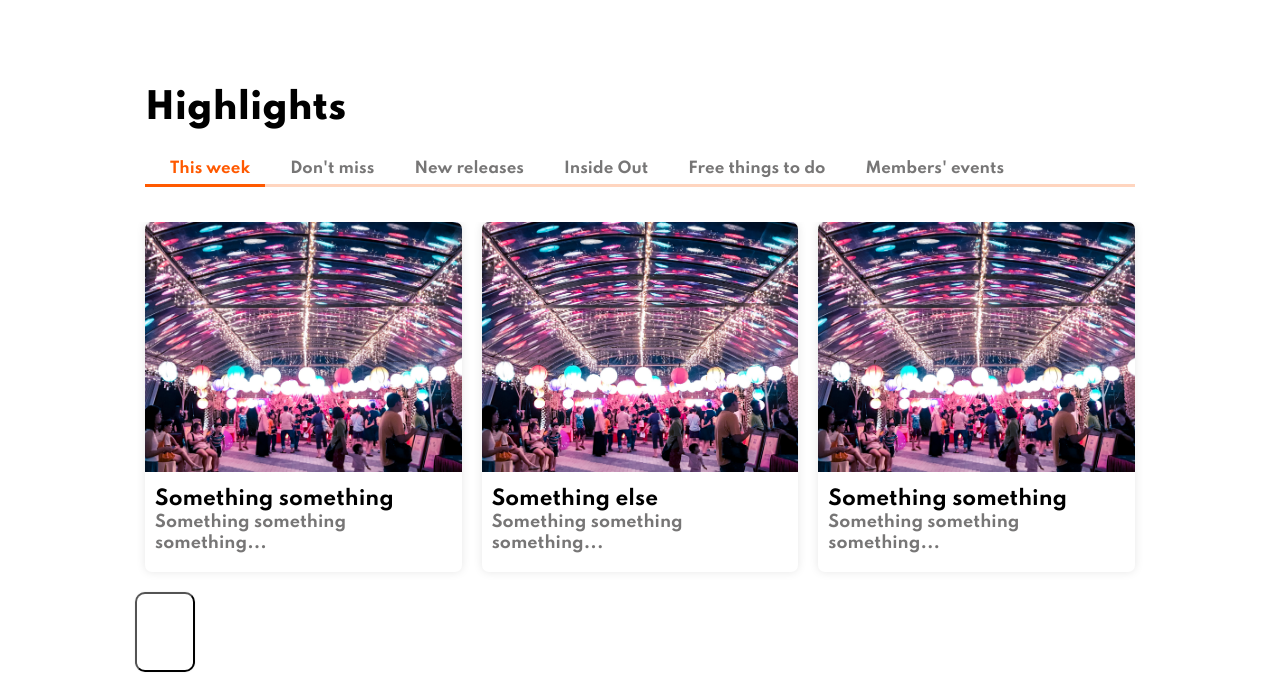
Repository: vvogt/fameworks_vv
Page: /
An editor plug-in stored every save of this project. The page is shown before and after the next save, followed by the edit.
The browser window is 1280 px wide. The pictures show the part of the page from y = 607 to 1299 px (the page is 2172 px tall).
Pictures or frames that could not be fetched are drawn as grey boxes. Backgrounds fixed to the window are drawn as part of the page. The project was rebuilt for these pictures with package versions that can differ from the ones it lists, and the page was loaded fresh each time. Also part of the build but not shown: src/components/NotFound.js. Imported but missing from the stored project, and not drawn on this page: src/assets/videos/seald_fullhd.mp4.

Above is the page before, as saved 2020-04-27 16:54:30.

### public/index.html
<!DOCTYPE html>
<html lang="en">
  <head>
    <meta charset="utf-8" />
    <link rel="icon" href="%PUBLIC_URL%/favicon.ico" />
    <link href="https://fonts.googleapis.com/css2?family=Spartan:wght@200;300;400;500;531;600;700;800;900&display=swap"
      rel="stylesheet">
    <meta name="viewport" content="width=device-width, initial-scale=1" />
    <meta name="theme-color" content="#000000" />
    <meta
      name="description"
      content="Web site created using create-react-app"
    />
    <!--
      manifest.json provides metadata used when your web app is installed on a
      user's mobile device or desktop. See https://developers.google.com/web/fundamentals/web-app-manifest/
    -->
    <link rel="manifest" href="%PUBLIC_URL%/manifest.json" />
    <!--
      Notice the use of %PUBLIC_URL% in the tags above.
      It will be replaced with the URL of the `public` folder during the build.
      Only files inside the `public` folder can be referenced from the HTML.

      Unlike "/favicon.ico" or "favicon.ico", "%PUBLIC_URL%/favicon.ico" will
      work correctly both with client-side routing and a non-root public URL.
      Learn how to configure a non-root public URL by running `npm run build`.
    -->
  </head>
  <body>
    <noscript>You need to enable JavaScript to run this app.</noscript>
    <div id="root"></div>
    <!--
      This HTML file is a template.
      If you open it directly in the browser, you will see an empty page.

      You can add webfonts, meta tags, or analytics to this file.
      The build step will place the bundled scripts into the <body> tag.

      To begin the development, run `npm start` or `yarn start`.
      To create a production bundle, use `npm run build` or `yarn build`.
    -->
  </body>
</html>

### src/scss/global.scss
// # SETTINGS
@import 'settings.variables';

// # TOOLS
@import 'tools.mixins';
@import 'tools.units';

// # BASE
@import 'base.normalize';
@import 'base.reset';
@import 'base.body';

//COMPONENTS

@import 'components.header';
@import 'components.hero';
@import 'components.section';
@import 'components.parallaxSection';

### src/scss/_settings.variables.scss
/* ------------------------------------------
   settings.VARIABLES
------------------------------------------ */

// Fonts
$font: 'Spartan', sans-serif;

$font_btn: rem-calc(15);

// Colors
$black: #000000;
$gray-dark: #777676;
$white: #ffffff;
$orange: #ff5900;
$orange-drkr: #e65000;

// Layout
$gutter: 20px;

// Animations
$transition-in: 0.1s;
$transition-out: 0.3s;

// Box Shadow
$shadow_light: 1px 2px 2px rgba($black, 0.1);
$shadow_dark: 1px 2px 2px rgba($black, 0.2);

// Padding
$padding_lr_1: 240px;
$padding_lr_2: 140px;
$padding_lr_3: 80px;
$padding_lr_4: 20px;

### src/scss/_tools.mixins.scss
/* ------------------------------------------
   tools.MIXINS
------------------------------------------ */

@mixin clearfix() {
  &:before, &:after {
    content: " ";
    display: table;
  }
  &:after {
    clear: both;
  }
}

@mixin un-clearfix() {
  &:before, &:after {
    content: none;
    display: auto;
  }
  &:after {
    clear: none;
  }
}

// Image Replacement

@mixin ir() {
  border: 0;
  font: 0/0 a;
  text-shadow: none;
  color: transparent;
  // background: url(test.png);
  // width: 300px;
  // height: 75px;
}

// Hide only visually, but have it available for screen readers:
// http://snook.ca/archives/html_and_css/hiding-content-for-accessibility

@mixin visuallyhidden() {
    border: 0;
    clip: rect(0 0 0 0);
    height: 1px;
    margin: -1px;
    overflow: hidden;
    padding: 0;
    position: absolute;
    width: 1px;
}


//  ## Media query and orietation mixins
//  ==================================================
//  http://alwaystwisted.com/post.php?s=2013-04-01-my-media-query-mixin


@mixin mq($point, $query1: min, $query2: width) {
  @media screen and (#{$query1}-#{$query2}: strip-unit($point) / 16 +em) {
    @content;
  }
}

@mixin orient($orientation: landscape) {
  @media (orientation : $orientation) {
    @content;
  }
}

@mixin setLRPadding($padding-lr4: 20px, $padding-lr3: 80px, $padding-lr2: 140px, $padding-lr1: 240px) {
  padding-left: $padding-lr4;
  padding-right: $padding-lr4;

   @include mq(600) {
      padding-left: $padding-lr3;
      padding-right: $padding-lr3;
   }

   @include mq(1150) {
      padding-left: $padding-lr2;
      padding-right: $padding-lr2;
   }

   @include mq(1400) {
      padding-left: $padding-lr1;
      padding-right: $padding-lr1;
   }
}

@mixin setLRPadding-preview($padding-lr4: 15px, $padding-lr3: 75px, $padding-lr2: 135px, $padding-lr1: 235px) {
  padding-left: $padding-lr4;
  padding-right: $padding-lr4;

   @include mq(600) {
      padding-left: $padding-lr3;
      padding-right: $padding-lr3;
   }

   @include mq(1150) {
      padding-left: $padding-lr2;
      padding-right: $padding-lr2;
   }

   @include mq(1400) {
      padding-left: $padding-lr1;
      padding-right: $padding-lr1;
   }
}

### src/scss/_tools.units.scss
// Foundation for Sites by ZURB
// foundation.zurb.com
// Licensed under MIT Open Source

////
/// @group functions
////

$global-font-size: 100% !default;

// scss-lint:disable ZeroUnit

/// Removes the unit (e.g. px, em, rem) from a value, returning the number only.
///
/// @param {Number} $num - Number to strip unit from.
///
/// @returns {Number} The same number, sans unit.
@function strip-unit($num) {
  @return $num / ($num * 0 + 1);
}

/// Converts one or more pixel values into matching rem values.
///
/// @param {Number|List} $values - One or more values to convert. Be sure to separate them with spaces and not commas. If you need to convert a comma-separated list, wrap the list in parentheses.
/// @param {Number} $base [null] - The base value to use when calculating the `rem`. If you're using Foundation out of the box, this is 16px. If this parameter is `null`, the function will reference the `$base-font-size` variable as the base.
///
/// @returns {List} A list of converted values.
@function rem-calc($values, $base: null) {
  $rem-values: ();
  $count: length($values);

  // If no base is defined, defer to the global font size
  @if $base == null {
    $base: $global-font-size;
  }

  // If the base font size is a %, then multiply it by 16px
  // This is because 100% font size = 16px in most all browsers
  @if unit($base) == '%' {
    $base: ($base / 100%) * 16px;
  }

  @if $count == 1 {
    @return -zf-to-rem($values, $base);
  }

  @for $i from 1 through $count {
    $rem-values: append($rem-values, -zf-to-rem(nth($values, $i), $base));
  }

  @return $rem-values;
}

// Converts a unitless, pixel, or rem value to em, for use in breakpoints.
@function -zf-bp-to-em($value) {
  // Pixel and unitless values are converted to rems
  @if unit($value) == 'px' or unitless($value) {
    $value: rem-calc($value, $base: 16px);
  }

  // Then the value is converted to ems
  @return strip-unit($value) * 1em;
}

/// Converts a pixel value to matching rem value. *Any* value passed, regardless of unit, is assumed to be a pixel value. By default, the base pixel value used to calculate the rem value is taken from the `$global-font-size` variable.
/// @access private
///
/// @param {Number} $value - Pixel value to convert.
/// @param {Number} $base [null] - Base for pixel conversion.
///
/// @returns {Number} A number in rems, calculated based on the given value and the base pixel value. rem values are passed through as is.
@function -zf-to-rem($value, $base: null) {
  // Check if the value is a number
  @if type-of($value) != 'number' {
    @warn inspect($value) + ' was passed to rem-calc(), which is not a number.';
    @return $value;
  }

  // Calculate rem if units for $value is not rem
  @if unit($value) != 'rem' {
    $value: strip-unit($value) / strip-unit($base) * 1rem;
  }

  // Turn 0rem into 0
  @if $value == 0rem {
    $value: 0;
  }

  @return $value;
}

### src/scss/_base.reset.scss
/* ------------------------------------------
  generic.RESET
------------------------------------------ */

* {
  box-sizing: border-box;
}

img,
iframe {
  max-width: 100%;
  height: auto;
}

h1,h2,h3,h4,h5,h6,
p,blockquote,pre,
dl,dd,ol,ul,
form,fieldset,legend,
table,th,td,caption,
hr,figure {
  margin:0;
  padding:0;
}

li {
  list-style: none;
}

::selection {

}

### src/scss/_base.body.scss
body {
  font-family: $font;
  font-size: rem-calc(14);
  line-height: rem-calc(18);
  font-weight: 400;
  color: $black;
  background-color: $white;
  margin: 0px;
  padding: 0px;
}

p {
  font-family: $font;
  font-size: rem-calc(10);
  line-height: rem-calc(25);
  color: $black;
  font-weight: 400;

  @include mq(350) {
    font-size: rem-calc(13);
    line-height: rem-calc(18);
  }

  @include mq(1000) {
    font-size: rem-calc(16);
    line-height: rem-calc(21);
  }
}

a {
  color: $black;
  text-decoration: none;

  &:hover {
    text-decoration: none;
    color: $white;
  }
}

h1,
h2,
h3,
h4,
h5 {
  font-weight: 700;
}

h1 {
  font-weight: 1000;
  font-size: rem-calc(35);
  line-height: rem-calc(43);

  @include mq(750) {
    font-size: rem-calc(45);
    line-height: rem-calc(55);
  }

  @include mq(950) {
    font-size: rem-calc(60);
    line-height: rem-calc(70);
  }

  @include mq(1100) {
    font-size: rem-calc(70);
    line-height: rem-calc(82);
  }

}

h2 {
   font-size: rem-calc(35);
   font-weight: 800;
}

h3 {
  font-size: rem-calc(20);
  line-height: rem-calc(25);
}

h4 {
  font-size: rem-calc(18);
  line-height: rem-calc(21);
}

h5 {
  font-size: rem-calc(14);
  line-height: rem-calc(18);
}

.wrapper {
  width: 100%;
  margin: 0 auto;
  background-color: $white;
  overflow: hidden;
}

### src/scss/_components.header.scss
.header {
   background-color: $orange;
   width: 100%;
   display: flex;
   flex-direction: column;
   color: white;

   &__main {
      height: 55px;
      width: 100%;
      display: flex;
      flex-direction: row;
      justify-content: space-between;
      align-items: center;
      padding-left: $padding-lr_4;
      padding-right: $padding-lr_4;

      @include mq(400) {
         height: 68.3px;
      }

      @include mq(500) {
         height: 81.6px;
      }

      @include setLRPadding;

      .logo {
         font-weight: 800;
         font-size: rem-calc(20);
         letter-spacing: rem-calc(-1.5);

         @include mq(400) {

         }

         @include mq(500) {

         }

         @include mq(600) {
            font-size: rem-calc(40);
         }
      }

      &__right {
         display: flex;
         flex-direction: row;
         flex-wrap: nowrap;
         align-items: center;
         justify-content: right;
         display: flex;

         @include mq(770) {
            width: 340px;
         }

         @include mq(1000) {
            width: 440px;
         }

         input {
            width: 220px;
            height: 42.5px;
            border-radius: 4px;
            box-shadow: inset 0 0 20px rgba(0,0,0,0.1);
            background-color: $orange-drkr;
            border: 1px solid;
            border-color: rgba(0,0,0,0.1);
            color: $white;
            padding: 0px 15px;
            line-height: 1;
            padding: .75em 1em;
            font-weight: 300;
            transition: background-color 0.2s ease-in;

            @include mq(1000) {
               width: 320px;
            }

            &:focus {
               outline: none;
               background-color: darken($orange-drkr, 5%);
               transition: background-color 0.1s ease-in;

            }
         }

         .search-icon {
            width: 20px;
            height: 20px;
         }

         .login {
            display: flex;
            flex-direction: row;
            flex-wrap: nowrap;
            align-items: center;
            font-weight: 800;
            margin-left: 20px;
            white-space: nowrap;

            img {
               position: relative;
               width: 30px;
               height: 30px;

               @include mq(770) {
                  top: -3px;
                  width: 20px;
                  height: 20px;
                  margin-left: 0px;
                  margin-right: 5px;
               }
            }

            span {
               display: none;

               @include mq(770) {
                  display: inline;
               }
            }
         }

         .search-icon {
            display: inline;
            width: 30px;
            height: 30px;

            @include mq(770) {
               display: none;
            }
         }

         input {
            display: none;

            @include mq(770) {
               display: inline;
            }
         }
      }
   }

   &__nav {
      height: 55px;
      border-top: 1px $white solid;
      border-color: rgba(255, 255, 255, 0.5);
      padding-left: $padding-lr_4;
      overflow: scroll;
      -ms-overflow-style: none;  // IE 10+
      overflow: -moz-scrollbars-none;  // Firefox

      &::-webkit-scrollbar {
         display: none;
      }

      @include mq(600) {
         padding-left: $padding-lr_3;
      }

      @include mq(1000) {
         padding-left: $padding-lr_2;
      }

      @include mq(1400) {
         padding-left: $padding-lr_1;
      }

      ul {
         font-weight: 800;
         display: flex;
         flex-direction: row;
         width: 1000px;
         height: 100%;
         justify-content: space-between;
         align-items: center;
      }
   }
}

### src/scss/_components.hero.scss
.hero {
   background-color: rgb(104, 104, 104);
   height: 300px;
   position: relative;

   @include setLRPadding();

   @include mq(750) {
      height: calc(100vh - 250px);
   }

   &__content {
      position: absolute;
      z-index: 2;
      margin-top: 200px;
      margin-bottom: 200px;

      h1, p {
         color: $white;
      }

      p {
         width: 70%;
      }
   }

   &__bgVideo {
      position: absolute;
      object-fit: cover;
      left: 0;
      right: 0;
      width: 100%;
      height: 100%;
      background-position: center;
   }
}

### src/scss/_components.section.scss
.section_previews {
   padding-top: rem-calc(100);
   padding-bottom: rem-calc(100);
   @include setLRPadding-preview;

   h2 {
      margin-bottom: 35px;
      padding-left: 10px;
   }

   .arrow {
      width: 60px;
      height: 80px;
      border-radius: 10px;
      background-color: $white;
      box-shadow: 0 0 2px 0 rgba(0,0,0,0.1);
      position: absolute;
   }

   .arrow.left {
      left: -100px;
   }

   .articlePreviews {
      overflow: hidden;
      padding-left: 10px;
      padding-right: 10px;
      padding-bottom: 10px;

      ul {
         width: 100%;
         display: flex;
         flex-direction: row;
         flex-wrap: none;
         justify-content: space-between;

         li {
            width: calc((100% - 40px) / 3);
            margin-left: 10px;
            margin-right: 10px;
            flex-shrink: 0;

            &:first-of-type {
               margin-left: 0px;
            }

            &:last-of-type {
               margin-right: 0px;
            }

            &:last-of-type:after {
               content:'';
               display: block;
               position: relative;
               float: right;
               left: 10px;
               top: -10px;
               height: 10px;
               width: 10px;
               z-index: -1;
            }
         }

         p, h3 {
            font-weight: 700;
         }

         p {
            color: $gray-dark;
         }
      }
   }

   .articlePreview {
      height: 350px;
      border-radius: 7px;
      overflow: hidden;
      box-shadow: 0 0 10px 0 rgba(0,0,0,0.1);

      &__image {
         background-color: rgb(109, 109, 109);
      }

      &__description {
         padding: 15px 10px;
      }
   }

   .categoryTabs {
      width: 100%;
      margin-bottom: 35px;
      padding-left: 10px;
      padding-right: 10px;

      h3 {
         font-size: 15px;
         color: $gray-dark;
         font-weight: 700;
         padding-left: 10px;
      }

      ul {
         display: flex;
         flex-direction: row;
         -ms-flex-align: left;

         li {
            padding: 3px 15px;
            border-bottom: 3px solid rgba($orange, .25);
            cursor: default;
         }

         li.active {
            border-bottom: 3px solid $orange;

            h3 {
               color: $orange;
            }
         }

         li:hover:not(:last-of-type):not(.active) {
            border-bottom: 3px solid $orange;

            h3 {
               color: $black;
            }
         }

         li:last-of-type {
            flex-grow: 1;
         }
      }
   }


}

### src/scss/_components.parallaxSection.scss
.section_parallax {
   background-color: rgb(255, 162, 162);
   padding-top: 90px;
   padding-bottom: 90px;
   @include setLRPadding;
   display: flex;
   flex-wrap: nowrap;
   justify-content: space-between;

   &__left {
      max-width: 450px;

      h2, p{
         color: $white
      }

      p {
         margin-top: 15px;
      }
   }

   &__right {
      display: flex;
      flex-direction: column;
      justify-content: center;

      button {
         border-style: none;
         border-radius: 5px;
         padding: 20px 20px;
         font-weight: 800;
      }
   }
}

Loaded but not shown: src/serviceWorker.js (common file); src/components/Main.js (327 lines, source omitted); src/components/Section.js (132 lines, source omitted); src/components/Header.js (46 lines, source omitted); src/components/Hero.js (34 lines, source omitted); src/components/ParallaxSection.js (21 lines, source omitted); src/index.js (12 lines, source omitted); src/components/Router.js (15 lines, source omitted); src/helpers.js (13 lines, source omitted); src/scss/_base.normalize.scss (423 lines, source omitted)

After the next save:
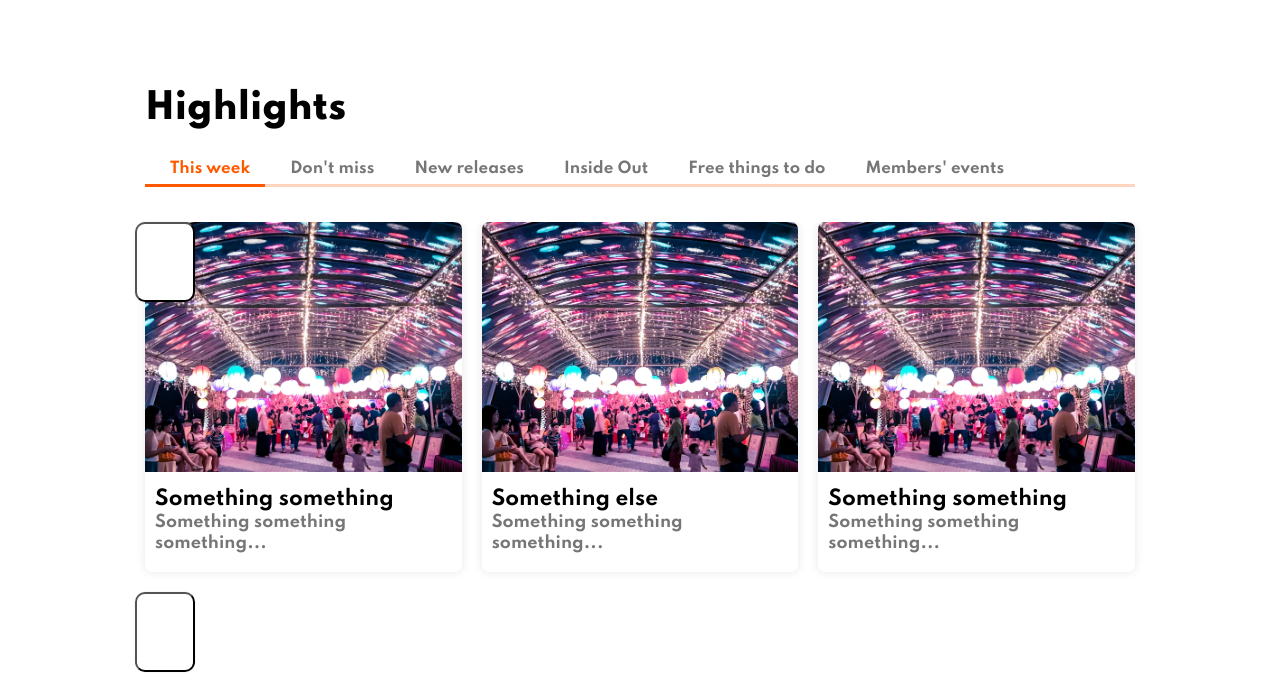
Saved 9 s later.
--- a/src/scss/_components.section.scss
+++ b/src/scss/_components.section.scss
@@ -18,7 +18,6 @@
    }
 
    .arrow.left {
-      left: -100px;
    }
 
    .articlePreviews {

After the save that followed:
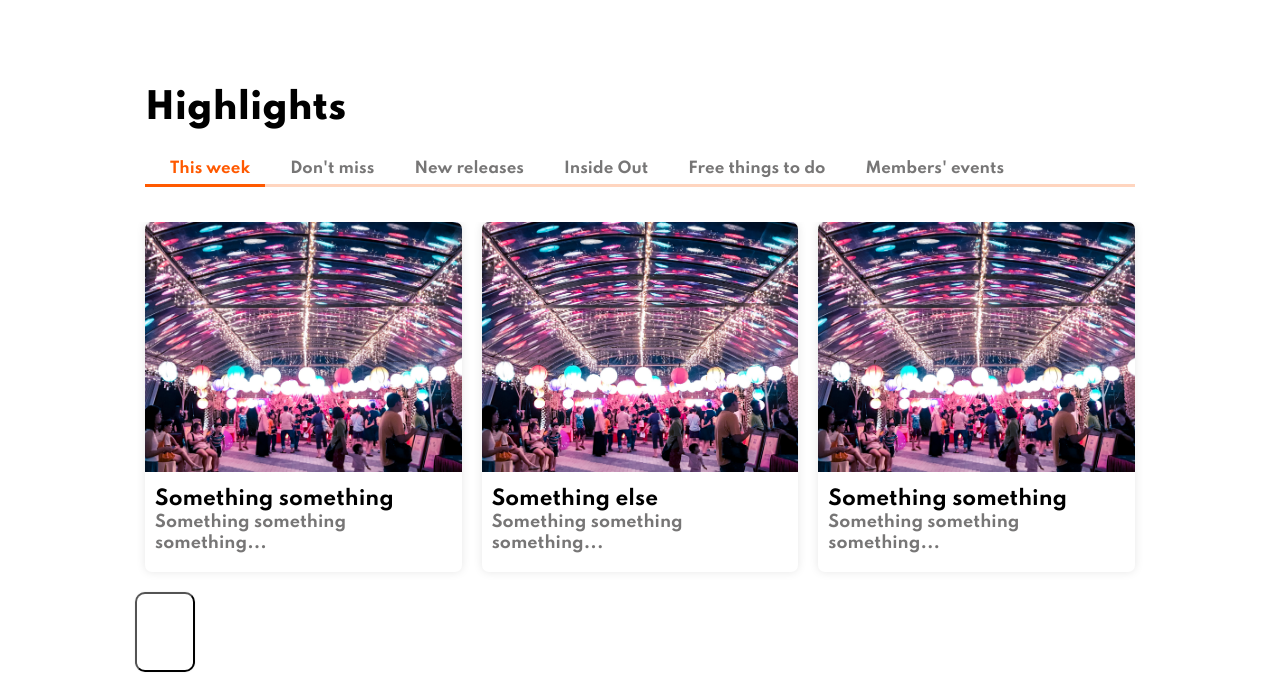
Saved 32 s later.
--- a/src/scss/_components.section.scss
+++ b/src/scss/_components.section.scss
@@ -18,6 +18,7 @@
    }
 
    .arrow.left {
+      left: -100px;
    }
 
    .articlePreviews {
